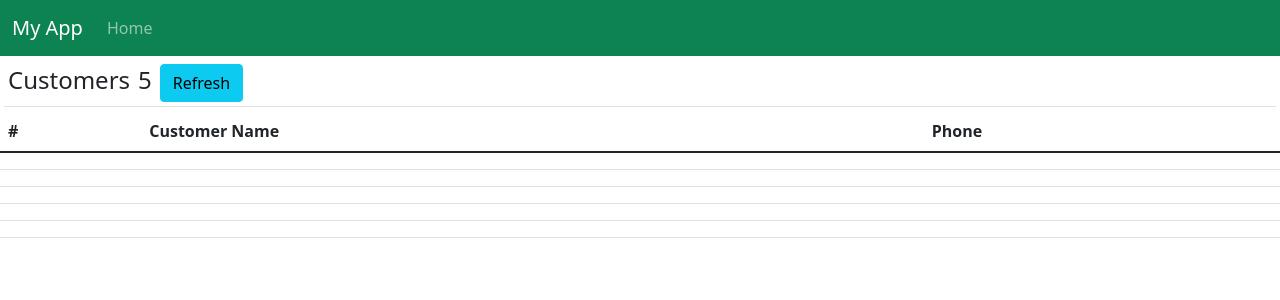
Repository: smit1298/e-commerce
Page: /
These files come from the project's save history. The page is drawn as it stood at one moment and after a run of saves; the edit follows.
The browser window is 1280 px wide. The pictures show the whole page.
The project was rebuilt for these pictures with package versions that can differ from the ones it lists, and the page was loaded fresh each time.

Above is the page before, as saved 2022-05-10 17:08:21.

After the next 3 saves:
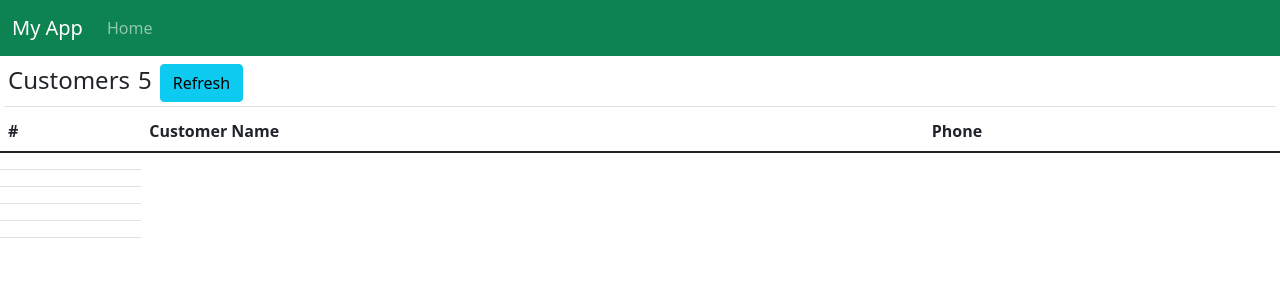
The 3 saves are shown as one change because they came seconds apart.
The last was saved 8 s later.
--- a/src/MainContent.jsx
+++ b/src/MainContent.jsx
@@ -36,8 +36,6 @@ export default class MainContent extends Component {
               return (
                 <tr>
                   <td></td>
-                  <td></td>
-                  <td></td>
                 </tr>
               );
             })}
